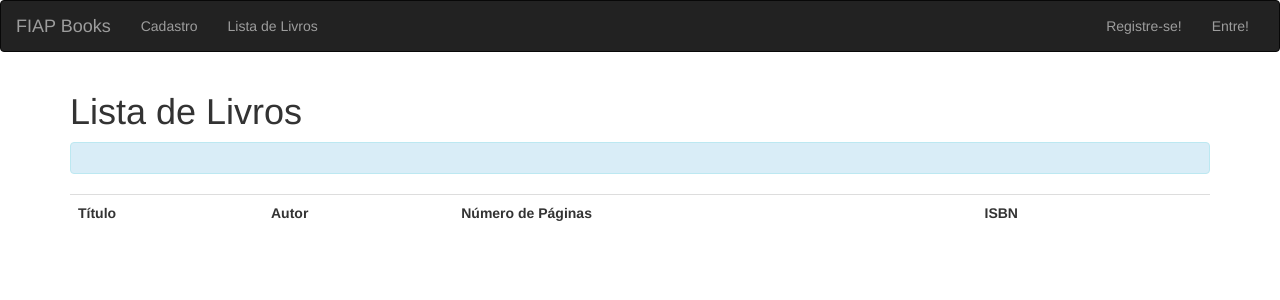
Repository: djoysilva/1TDSF-Web
Page: http://localhost/08-Livro/livroServlet
These files come from the project's save history. The page is drawn as it stood at one moment and after the next save; the edit follows.
The browser window is 1280 px wide. The pictures show the whole page.
The page is served by Tomcat 9.

Above is the page before, as saved 2016-09-22 11:21:39.

After the next save:
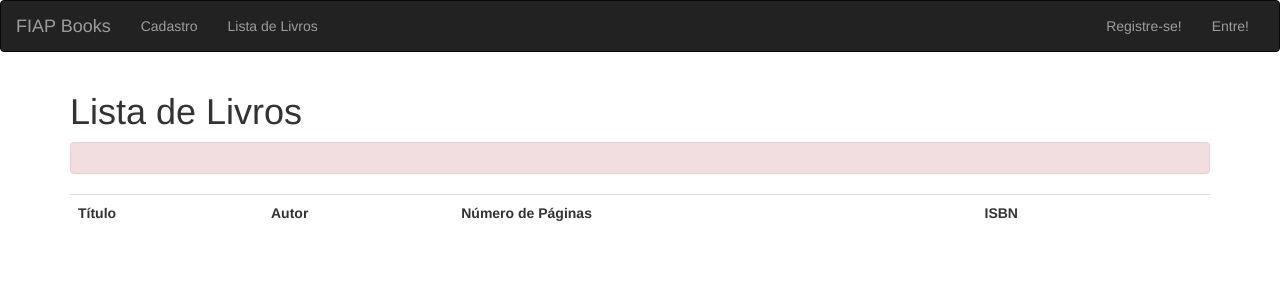
Saved 18 s later.
--- a/08-Livro/WebContent/lista-livro.jsp
+++ b/08-Livro/WebContent/lista-livro.jsp
@@ -14,7 +14,7 @@
 <div class="container">
 	<h1>Lista de Livros</h1>
 
-	<div class="alert alert-info">
+	<div class="alert alert-danger">
 		${mensagem}
 	</div>
 
